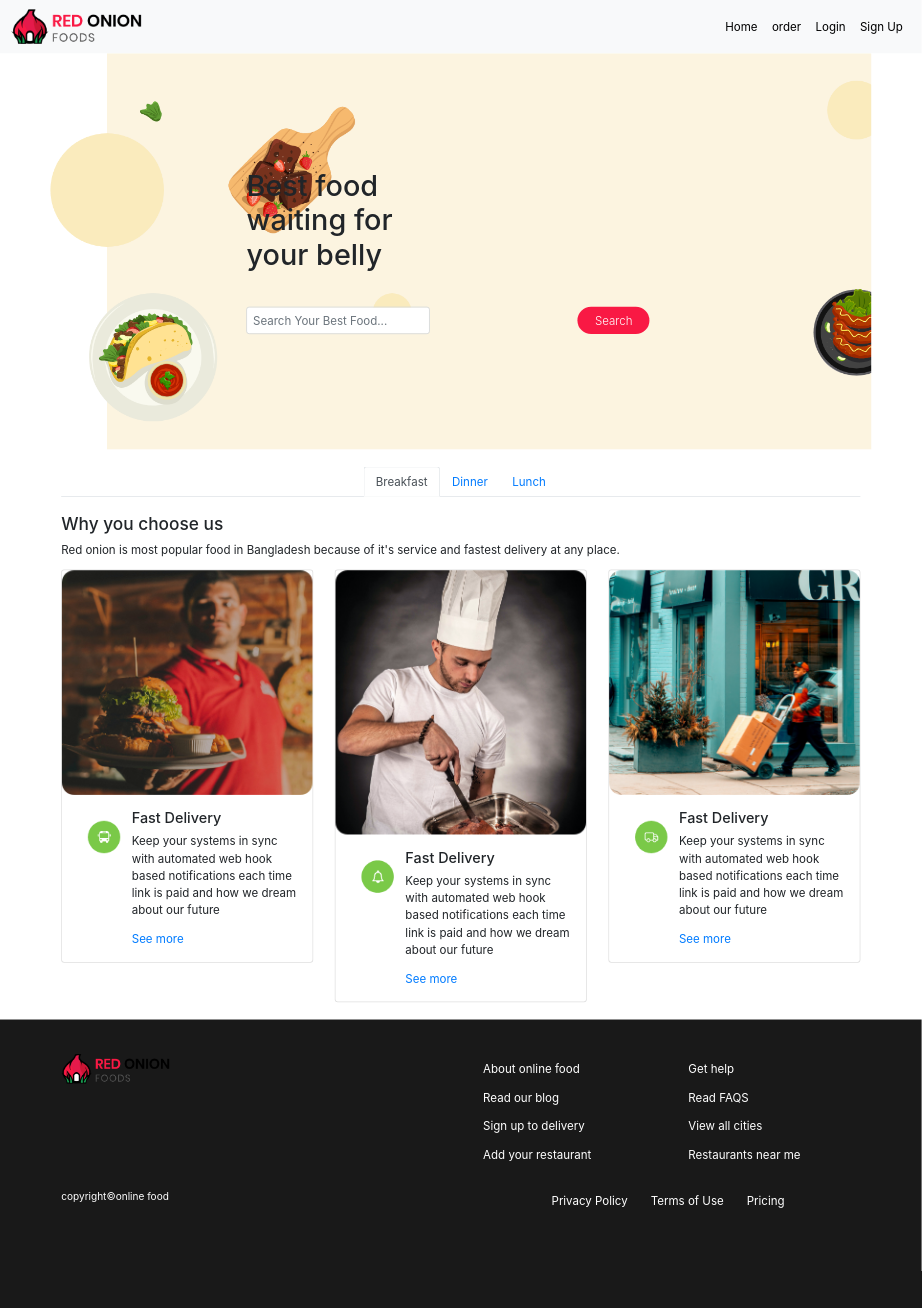
Repository: arif286/red-onion-client
Page: /
These files come from the project's save history. The page is drawn as it stood at one moment and after the next save; the edit follows.
The browser window is 1280 px wide. The pictures show the whole page, at 72% of full size.
The page's requests for data from a server got no answer. The project was rebuilt for these pictures with package versions that can differ from the ones it lists, and the page was loaded fresh each time. Some packages were replaced by stand-ins written for this rebuild. No one was signed in, and anything a server would have sent is missing. Also part of the build but not shown: src/App.css, src/components/CheckOut/CheckOut.css, src/components/CheckOut/CheckOutForm/CheckOutFrom.js, src/components/CheckOut/CheckOut.js, src/components/FoodDetails/FoodDetail.css, src/components/FoodDetails/FoodDetail.js, src/components/Food/FoodItem.js, src/components/LogIn/firebase.config.js and 7 more. Imported but missing from the stored project, and not drawn on this page: src/components/CheckOut/Map/Map.

Above is the page before, as saved 2021-04-07 02:04:48.

### public/index.html
<!DOCTYPE html>
<html lang="en">
  <head>
    <meta charset="utf-8" />
    <link rel="icon" href="%PUBLIC_URL%/favicon.ico" />
    <meta name="viewport" content="width=device-width, initial-scale=1" />
    <meta name="theme-color" content="#000000" />
    <meta
      name="description"
      content="Web site created using create-react-app"
    />
    <link rel="apple-touch-icon" href="%PUBLIC_URL%/logo192.png" />
    <!--
      manifest.json provides metadata used when your web app is installed on a
      user's mobile device or desktop. See https://developers.google.com/web/fundamentals/web-app-manifest/
    -->
    <link rel="manifest" href="%PUBLIC_URL%/manifest.json" />

    <!-- <link
      href="https://api.tiles.mapbox.com/mapbox-gl-js/v2.1.1/mapbox-gl.css"
      rel="stylesheet"
    /> -->
    <!--
      Notice the use of %PUBLIC_URL% in the tags above.
      It will be replaced with the URL of the `public` folder during the build.
      Only files inside the `public` folder can be referenced from the HTML.

      Unlike "/favicon.ico" or "favicon.ico", "%PUBLIC_URL%/favicon.ico" will
      work correctly both with client-side routing and a non-root public URL.
      Learn how to configure a non-root public URL by running `npm run build`.
    -->
    <title>Red Onion</title>
  </head>
  <body>
    <noscript>You need to enable JavaScript to run this app.</noscript>
    <div id="root"></div>
    <!--
      This HTML file is a template.
      If you open it directly in the browser, you will see an empty page.

      You can add webfonts, meta tags, or analytics to this file.
      The build step will place the bundled scripts into the <body> tag.

      To begin the development, run `npm start` or `yarn start`.
      To create a production bundle, use `npm run build` or `yarn build`.
    -->
  </body>
</html>

### src/App.js
import "bootstrap/dist/css/bootstrap.min.css";
import React, { createContext, useState } from "react";
import { BrowserRouter as Router, Route, Switch } from "react-router-dom";
import './App.css';
import CheckOut from "./components/CheckOut/CheckOut";
import Map from "./components/CheckOut/Map/Map";
import FoodDetail from "./components/FoodDetails/FoodDetail";
import Footer from "./components/Footer/Footer";
import Header from "./components/Header/Header";
import Home from './components/Home/Home';
import Login from "./components/LogIn/Login";
import Order from "./components/Order/Order";
import SingUp from "./components/SingUp/SingUp";


export const UserContext = createContext();
function App() {
  const [loggedInUser, setLoggedInUser] = useState({});
  return (
    <UserContext.Provider value={[loggedInUser, setLoggedInUser]}>
      <Router>
        <Header />
        <Switch>
          <Route path="/home">
            <Home />
          </Route>
          <Route path="/signUp">
            <SingUp />
          </Route>
          <Route path="/login">
            <Login />
          </Route>
          <Route path="/food/details/:foodId">
            <FoodDetail />
          </Route>
          <Route path='/checkOut'>
            <CheckOut/>
          </Route>
          <Route path='/order'>
            <Order/>
          </Route>
          <Route path='/map'>
            <Map/>
          </Route>
          <Route exact path="/">
            <Home/>
          </Route>
        </Switch>
        <Footer />
      </Router>
    </UserContext.Provider>
  );

}

export default App;

### src/components/Footer/Footer.js
import React from 'react';
import { NavLink } from 'react-bootstrap';
import Logo from '../../onion-restaurent/logo2.png';
import './Footer.css';

const Footer = () => {
    return (
      <footer>
        <div className="container">
          <div className="row pt-5">
            <div className="col-md-6 col-sm-12 pb-4">
              <img className="footer-img" src={Logo} alt="" />
            </div>
            <div className="col-md-3 col-sm-12 pb-4">
              <ul className="nav flex-column">
                <li className="nav-item">
                  <NavLink
                    className="nav-link active footer-link"
                    aria-current="page"
                    to="/"
                  >
                    About online food
                  </NavLink>
                </li>
                <li className="nav-item">
                  <NavLink className="nav-link footer-link" to="/">
                    Read our blog
                  </NavLink>
                </li>
                <li className="nav-item">
                  <NavLink className="nav-link footer-link" to="/">
                    Sign up to delivery
                  </NavLink>
                </li>
                <li className="nav-item">
                  <NavLink className="nav-link footer-link" to="/">
                    Add your restaurant
                  </NavLink>
                </li>
              </ul>
            </div>
            <div className="col-md-3 col-sm-12 pb-4">
              <ul className="nav flex-column">
                <li className="nav-item">
                  <NavLink
                    className="nav-link footer-link"
                    aria-current="page"
                    to="/"
                  >
                    Get help
                  </NavLink>
                </li>
                <li className="nav-item">
                  <NavLink className="nav-link footer-link" to="/">
                    Read FAQS
                  </NavLink>
                </li>
                <li className="nav-item">
                  <NavLink className="nav-link footer-link" to="/">
                    View all cities
                  </NavLink>
                </li>
                <li className="nav-item">
                  <NavLink className="nav-link footer-link" to="/">
                    Restaurants near me
                  </NavLink>
                </li>
              </ul>
            </div>
          </div>

          <div className="row">
            <div className="col-md-7">
              <p className='copy-right'>
                <small>
                  copyright<span>&#169;</span>online food
                </small>
              </p>
            </div>
            <div className="col-md-5">
              <div className='d-flex'>
                <NavLink className="footer-link">Privacy Policy</NavLink>
                <NavLink className="footer-link">Terms of Use</NavLink>
                <NavLink className="footer-link">Pricing</NavLink>
              </div>
            </div>
          </div>
        </div>
      </footer>
    );
};

export default Footer;

### src/components/Header/Header.js
import React from 'react';
import { Nav, Navbar } from 'react-bootstrap';
import { NavLink } from 'react-router-dom';
// import { NavLink } from "react-router-dom";
import logo from '../../onion-restaurent/logo2.png';
import './Header.css';
const Header = () => {

    return (
      <div>
        <Navbar bg="light" expand="lg">
          <Navbar.Brand href="#home">
            <img
              src={logo}
              width="180"
              className="d-inline-block align-top"
              alt="React Bootstrap logo"
            />
          </Navbar.Brand>
          <Navbar.Toggle aria-controls="basic-navbar-nav" />
          <Navbar.Collapse id="basic-navbar-nav">
            <Nav className="ml-auto">
              <NavLink className="header-link" to="/home">
                Home
              </NavLink>
              <NavLink className="header-link" to="/order">
                order
              </NavLink>
              <NavLink className="header-link" to="/login">
                Login
              </NavLink>
              <NavLink className="header-link" to="/signUp">
                Sign Up
              </NavLink>
            </Nav>
          </Navbar.Collapse>
        </Navbar>
      </div>
    );
};

export default Header;

### src/components/Home/Home.js
import React from 'react';
import DeliveryFood from '../DeliveryFood/DeliveryFood';
import Food from '../Food/Food';
import SearchBar from '../SearchBar/SearchBar';

const Home = () => {
    return (
      <>
        <SearchBar/>
        <Food />
        <DeliveryFood />
      </>
    );
};

export default Home;

### src/components/SearchBar/SearchBar.js
import React from 'react';
import { Col, Container, Row } from 'react-bootstrap';
import background from '../../onion-restaurent/bannerbackground.png';
import './SearchBar.css';


const SearchBar = () => {
    const searchBg = {
        bgImage: {
            backgroundImage: `url(${background})`,
            backgroundRepeat: 'no-repeat, repeat',
            width: '100%',
            height: '550px',
            backgroundSize: 'cover'
        },
        submitBtn: {

        },
        searchBar: {
            width: '50%'
        }
    }
    return (
      <Container
        className="d-flex justify-content-center align-items-center"
        style={searchBg.bgImage}
      >
        <Row>
          <Col md={6}>
            <h1>Best food waiting for your belly</h1>
            <div className="d-flex mt-5">
              <input
                className="form-control searchBar"
                type="text"
                placeholder="Search Your Best Food..."
              />
              <input className="search-btn" type="submit" value="Search" />
            </div>
          </Col>
        </Row>
      </Container>
    );
};

export default SearchBar;

### src/components/Footer/Footer.css
.footer-img {
  width: 150px;
}
footer {
  background-color: #191919;
  height: 400px;
}
.footer-link {
  color: white;
}
.footer-link:hover {
  color: #878787;
}
.copy-right {
  color: white;
}

### src/components/Header/Header.css
.header-link {
  color: black;
  display: inline-block;
  padding: 10px;
}
.header-link:hover {
  text-decoration: none;
  color: #777777;
}
.cart-btn {
  border: none;
  background: none;
}

### src/components/DeliveryFood/DeliveryFood.js
import React from 'react';
import { Link } from 'react-router-dom';
import notifications from '../../onion-restaurent/ICON/Group 1133.png';
import deliveryImg from '../../onion-restaurent/ICON/Group 204.png';
import car from '../../onion-restaurent/ICON/Group 245.png';
import burger from '../../onion-restaurent/Image/burger.png';
import cart from '../../onion-restaurent/Image/cart-bear.png';
import chefCook from '../../onion-restaurent/Image/chef-cook.png';


const DeliveryFood = () => {
    return (
      <div className="container mt-4">
        <div>
          <h4>Why you choose us</h4>
          <p>
            Red onion is most popular food in Bangladesh because of it's service
            and fastest delivery at any place.
          </p>
        </div>
        <div className="row row-cols-1 row-cols-md-3 g-4">
          <div className="col pb-4">
            <div className="card">
              <img src={burger} alt="" />
              <div className="d-flex card-body">
                <div className="p-3">
                  <img src={deliveryImg} alt="" />
                </div>
                <div>
                  <h5>Fast Delivery</h5>
                  <p>
                    Keep your systems in sync with automated web hook based
                    notifications each time link is paid and how we dream about
                    our future
                  </p>
                  <Link to='/'>See more</Link>
                </div>
              </div>
            </div>
          </div>
          <div className="col pb-4">
            <div className="card">
              <img src={chefCook} alt="" />
              <div className="d-flex card-body">
                <div className="p-3">
                  <img src={notifications} alt="" />
                </div>
                <div>
                  <h5>Fast Delivery</h5>
                  <p>
                    Keep your systems in sync with automated web hook based
                    notifications each time link is paid and how we dream about
                    our future
                  </p>
                  <Link>See more</Link>
                </div>
              </div>
            </div>
          </div>
          <div className='col pb-4'>
            <div className="card">
              <img src={cart} alt="" />
              <div className="d-flex card-body">
                <div className="p-3">
                  <img src={car} alt="" />
                </div>
                <div>
                  <h5>Fast Delivery</h5>
                  <p>
                    Keep your systems in sync with automated web hook based
                    notifications each time link is paid and how we dream about
                    our future
                  </p>
                  <Link>See more</Link>
                </div>
              </div>
            </div>
          </div>
        </div>
      </div>
    );
};

export default DeliveryFood;

### src/components/Food/Food.js

import axios from "axios";
import React, { useEffect, useState } from "react";
import { Tab, Tabs } from "react-bootstrap";
import { useHistory } from "react-router";
import "./Food.css";
import FoodItem from "./FoodItem";

const Food = () => {
  const [foods, setFoods] = useState([]);
  useEffect(() => {
    axios.get('http://localhost:5000/foods')
      .then(res => setFoods(res.data))
    .catch(err=>console.log(err))
  }, []);
  let history = useHistory()

  const handleFood = (id) => {
    history.push(`/food/details/${id}`)
  }

  return (
    <>
      <div className="container mt-4">
        <Tabs
          className="justify-content-center food-items"
          defaultActiveKey="breakfast"
          id="uncontrolled-tab-example"
        >
          <Tab eventKey="breakfast" title="Breakfast">
            <div className="row row-cols-1 row-cols-md-3 g-4">
              {foods.slice(0, 6).map((food) => (
                <FoodItem
                  handleFood={() => {
                    handleFood(food._id);
                  }}
                  food={food}
                  key={food.id}
                ></FoodItem>
              ))}
            </div>
          </Tab>
          <Tab eventKey="dinner" title="Dinner">
            <div className="row row-cols-1 row-cols-md-3 g-4">
              {foods.slice(6, 12).map((food) => (
                <FoodItem
                  handleFood={() => {
                    handleFood(food._id);
                  }}
                  food={food}
                  key={food.id}
                ></FoodItem>
              ))}
            </div>
          </Tab>
          <Tab eventKey="lunch" title="Lunch">
            <div className="row row-cols-1 row-cols-md-3 g-4">
              {foods.slice(12, 18).map((food) => (
                <FoodItem
                  handleFood={() => {
                    handleFood(food._id);
                  }}
                  food={food}
                  key={food.id}
                ></FoodItem>
              ))}
            </div>
          </Tab>
        </Tabs>
      </div>
    </>
  );
};

export default Food;

### src/components/SearchBar/SearchBar.css
.search-btn {
  outline: none;
  background-color: #f91944;
  display: inline-block;
  width: 100px;
  padding: 7px;
  border-radius: 50px;
  color: white;
  border: none;
  font-weight: 300;
  position: absolute;
  margin-left: 460px;
}
.searchBar {
  position: relative;
  width: 90%;
  padding: 8px;
}

### src/components/Food/Food.css
.food-items {
  margin-bottom: none;
}

Loaded but not shown: src/index.js (common file); src/index.css (common file); src/reportWebVitals.js (common file)

After the next save:
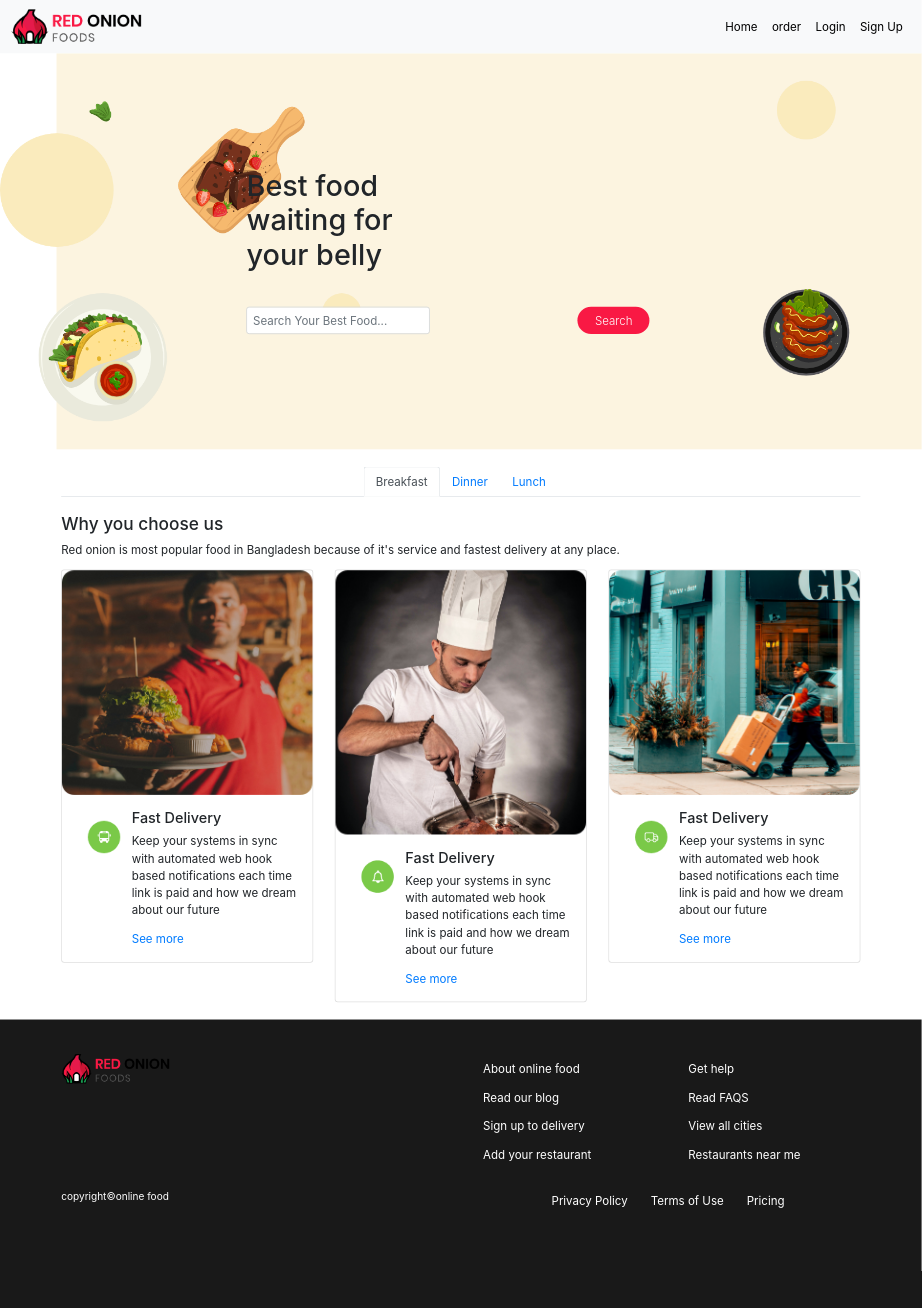
Saved 20 s later.
--- a/src/components/SearchBar/SearchBar.js
+++ b/src/components/SearchBar/SearchBar.js
@@ -1,5 +1,5 @@
 import React from 'react';
-import { Col, Container, Row } from 'react-bootstrap';
+import { Col, Row } from 'react-bootstrap';
 import background from '../../onion-restaurent/bannerbackground.png';
 import './SearchBar.css';
 
@@ -21,7 +21,7 @@ const SearchBar = () => {
         }
     }
     return (
-      <Container
+      <div
         className="d-flex justify-content-center align-items-center"
         style={searchBg.bgImage}
       >
@@ -38,7 +38,7 @@ const SearchBar = () => {
             </div>
           </Col>
         </Row>
-      </Container>
+      </div>
     );
 };
 
